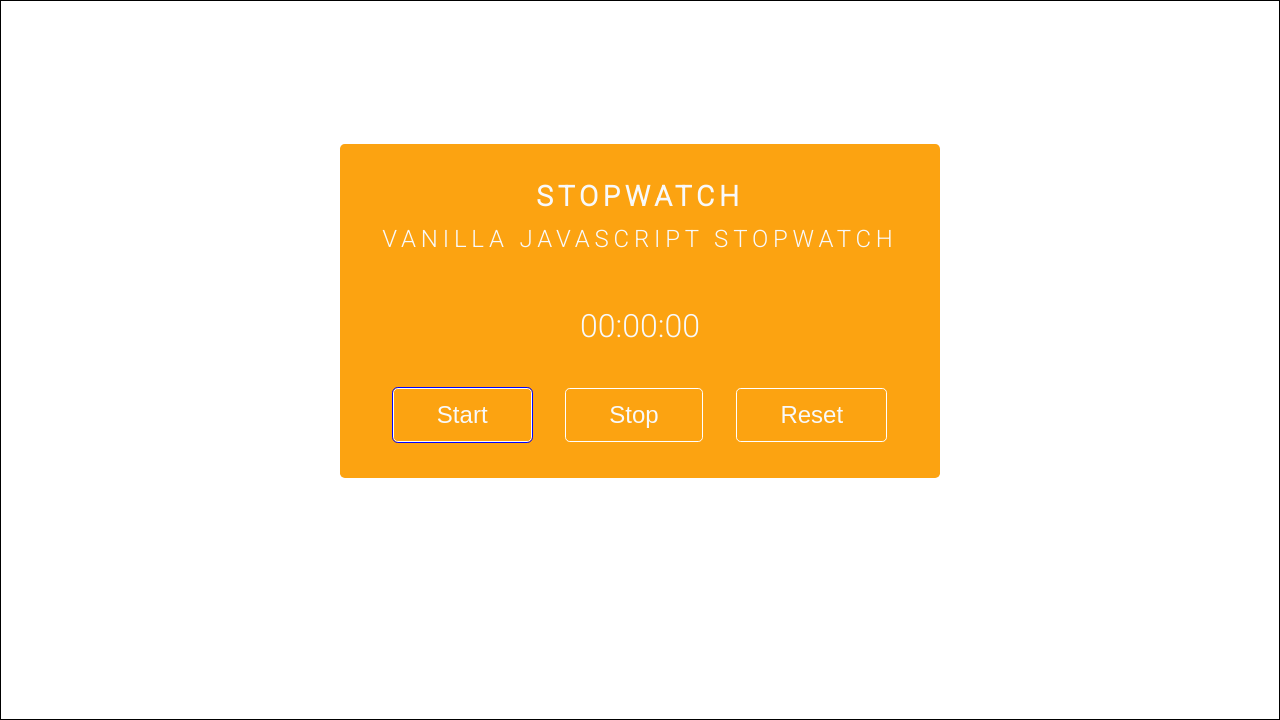
Repository: siaxiong/siaxiong.github.io
Page: doc/stopWatch.html
The author's editor kept a copy of each file at every save. The page is drawn from the files as they stood at one save, then again after the next save.
The browser window is 1280 px wide. The pictures show the whole page.
The first visible `.stopwatch__button` has the focus.

Above is the page before, as saved 2021-03-11 16:18:47.

After the next save:
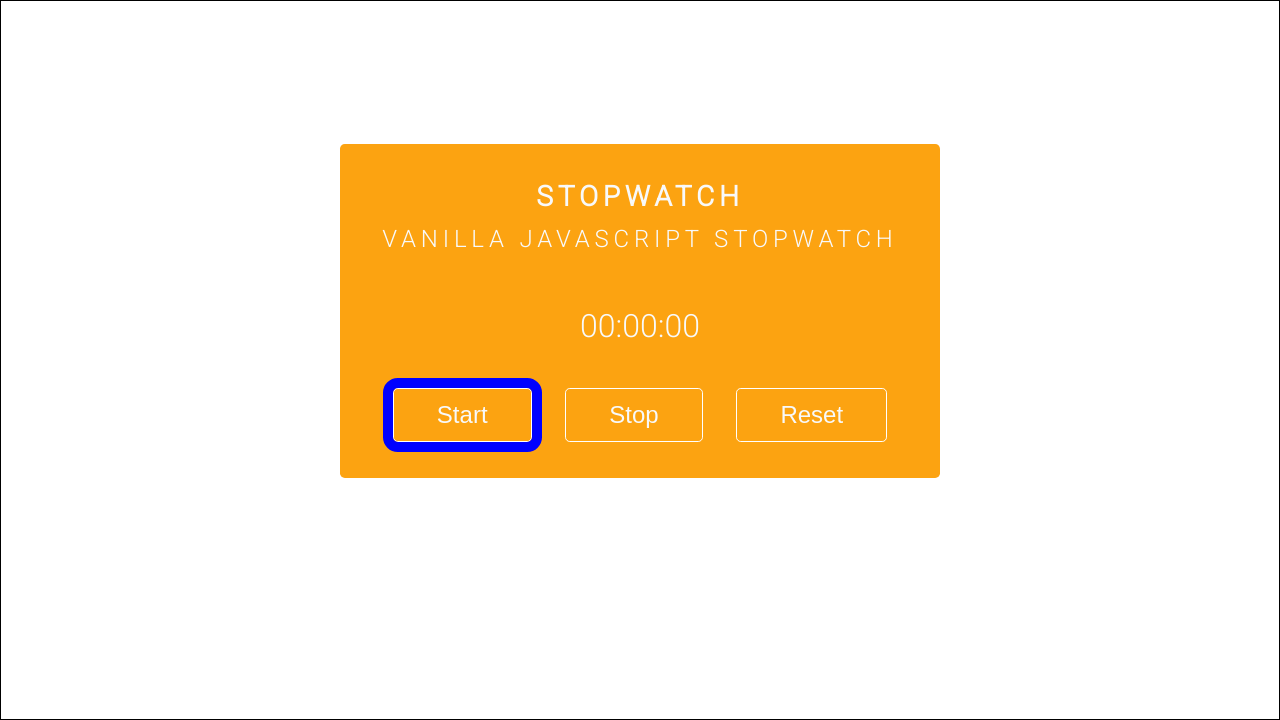
Saved 13 s later.
--- a/doc/stopWatch.html
+++ b/doc/stopWatch.html
@@ -67,7 +67,7 @@
     }
 
     .stopwatch__button:focus {
-        outline: 1px solid blue;
+        outline: 10px solid blue;
     }
 
 
